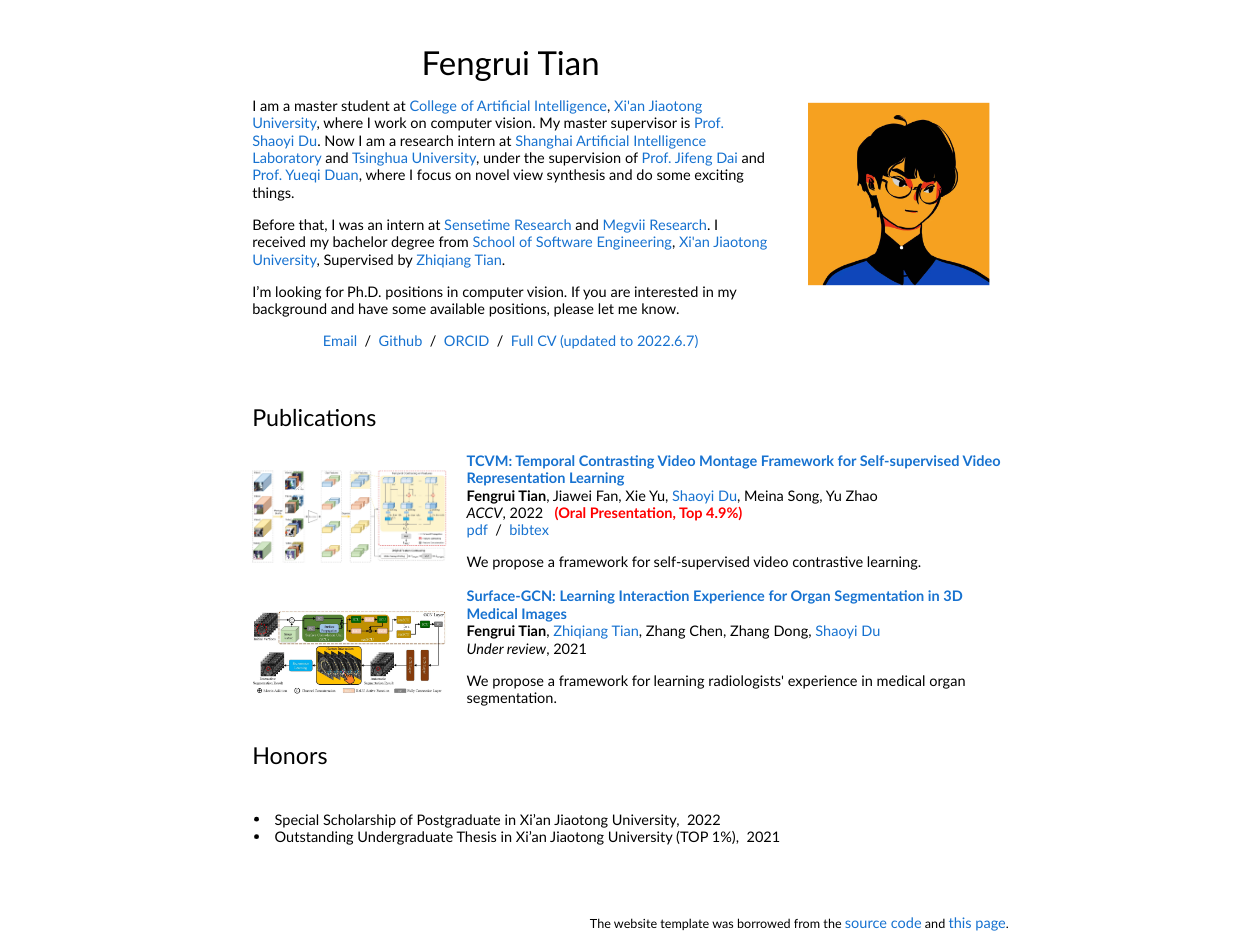
Repository: tianfr/tianfr.github.io
Page: index.html
An editor plug-in stored every save of this project. The page is shown before and after the next save, followed by the edit.
The browser window is 1280 px wide. The pictures show the whole page, at 97% of full size.

Above is the page before, as saved 2022-11-20 16:30:31.

### index.html
<!DOCTYPE HTML>
<html lang="en"><head><meta http-equiv="Content-Type" content="text/html; charset=UTF-8">

  <title>Fengrui Tian </title>

  <meta name="author" content="Fengrui Tian">
  <meta name="viewport" content="width=device-width, initial-scale=1">

  <link rel="stylesheet" type="text/css" href="stylesheet.css">
	<link rel="icon" href="data:[embedded picture, 141 characters]">
</head>

<body>
  <table style="width:100%;max-width:800px;border:0px;border-spacing:0px;border-collapse:separate;margin-right:auto;margin-left:auto;"><tbody>
    <tr style="padding:0px">
      <td style="padding:0px">
        <table style="width:100%;border:0px;border-spacing:0px;border-collapse:separate;margin-right:auto;margin-left:auto;"><tbody>
          <tr style="padding:0px">
            <td style="padding:2.5%;width:63%;vertical-align:middle">
              <p style="text-align:center">
                <name>
                  Fengrui Tian
                  <!-- <font face="KaiTi" size="6">田丰瑞</font> -->
                </name>
              </p>
              <p>I am a master student at <a href="http://iair.xjtu.edu.cn/">College of Artificial Intelligence</a>, <a href="http://www.xjtu.edu.cn/">Xi'an Jiaotong University</a>, where I work on computer vision. My master supervisor is <a href="https://gr.xjtu.edu.cn/en/web/dushaoyi/home">Prof. Shaoyi Du</a>. Now I am a research intern at <a href="https://www.shlab.org.cn/">Shanghai Artificial Intelligence Laboratory</a> and <a href="https://www.tsinghua.edu.cn/">Tsinghua University</a>, under the supervision of <a href="https://jifengdai.org/">Prof. Jifeng Dai</a> and  <a href="https://duanyueqi.github.io/">Prof. Yueqi Duan</a>, where I focus on novel view synthesis and do some exciting things.
              </p>
              <p> Before that, I was an intern at <a href="https://www.sensetime.com/">Sensetime Research</a> and
                <a href="https://www.megvii.com/">Megvii Research</a>. I received my bachelor degree from  <a href="https://blog.google/products/google-ar-vr/introducing-next-generation-jump/">School of Software Engineering</a>, <a href="http://www.xjtu.edu.cn/">Xi'an Jiaotong University</a>, Supervised by <a href="https://gr.xjtu.edu.cn/en/web/zhiqiangtian/home">Zhiqiang Tian</a>.
              </p>
              <p>  I’m looking for Ph.D. positions in computer vision. If you are interested in my background and have some available positions, please let me know.
              </p>
              <p style="text-align:center">
                <a href="mailto:tianfr@stu.xjtu.edu.cn">Email</a> &nbsp/&nbsp
                <!-- <a href="data/JonBarron-CV.pdf">CV</a> &nbsp/&nbsp -->
                <!-- <a href="data/JonBarron-bio.txt">Bio</a> &nbsp/&nbsp -->
                <!-- <a href="https://scholar.google.com/citations?hl=en&user=jktWnL8AAAAJ">Google Scholar</a> &nbsp/&nbsp -->
                <!-- <a href="https://twitter.com/jon_barron">Twitter</a> &nbsp/&nbsp -->
                <a href="https://github.com/tianfr/">Github</a> &nbsp/&nbsp
                <a href="https://orcid.org/0000-0002-9577-5276">ORCID</a> &nbsp/&nbsp
                <a href="data/PS_Tian_Fengrui_2022_6_7_en.pdf">Full CV (updated to 2022.6.7)</a>

              </p>
            </td>
            <td style="padding:2.5%;width:25%;max-width:25%">
              <a href="images/Fengrui_Tian_avatar.jpg"><img style="width:100%;max-width:100%" alt="profile photo" src="images/Fengrui_Tian_avatar.jpg" class="hoverZoomLink"></a>
            </td>
          </tr>
        <!-- </tbody></table>
        <table style="width:100%;border:0px;border-spacing:0px;border-collapse:separate;margin-right:auto;margin-left:auto;"><tbody>
            <tr>
            <td style="padding:20px;width:100%;vertical-align:middle">
              <heading>Research</heading>
              <p>
                I'm interested in computer vision, machine learning, optimization, and image processing. Much of my research is about inferring the physical world (shape, motion, color, light, etc) from images. Representative papers are <span class="highlight">highlighted</span>.
              </p>
            </td>
          </tr>
        </tbody></table> -->
        <table width="100%" align="center" border="0" cellspacing="0" cellpadding="20"><tbody>
          <tr>
            <td>
              <heading>Publications</heading>
            </td>
          </tr>
        </tbody></table>
        <table style="width:100%;border:0px;border-spacing:0px;border-collapse:separate;margin-right:auto;margin-left:auto;"><tbody>

          <tr onmouseout="dreamfusion_stop()" onmouseover="dreamfusion_start()">
            <td style="padding:20px;width:25%;vertical-align:middle">
              <img src="images/tcvm_overview.jpg" alt="prl" width="200" height="95">
            </td>
            <!-- <td style="padding:20px;width:25%;vertical-align:middle">
              <div class="one">
                <div class="two" id='dreamfusion_image'><video  width=100% height=100% muted autoplay loop>
                <source src="images/dreamfusion.mp4" type="video/mp4">
                Your browser does not support the video tag.
                </video></div>
                <img src='images/tcvm_overview.jpg' width="160">
              </div>
              <script type="text/javascript">
                function dreamfusion_start() {
                  document.getElementById('dreamfusion_image').style.opacity = "1";
                }

                function dreamfusion_stop() {
                  document.getElementById('dreamfusion_image').style.opacity = "0";
                }
                dreamfusion_stop()
              </script>
            </td> -->
            <!-- <td style="padding:20px;width:75%;vertical-align:middle"> -->
            <td width="75%" valign="middle">
              <a href="paper/22accv_tcvm.pdf">
                <papertitle>TCVM: Temporal Contrasting Video Montage Framework for Self-supervised Video Representation Learning</papertitle>
              </a>
              <br>
              <strong>Fengrui Tian</strong>,
              Jiawei Fan,
              Xie Yu,
              <a href="https://gr.xjtu.edu.cn/en/web/dushaoyi/home">Shaoyi Du</a>,
              Meina Song,
              Yu Zhao
              <br>
              <em>ACCV</em>, 2022 &nbsp <font color="red"><strong>(Oral Presentation, Top 4.9%)</strong></font>
              <br>
              <a href="paper/22accv_tcvm.pdf">pdf</a>  &nbsp/&nbsp
              <a href="data/accv22TCVM.bib">bibtex</a>
              <p></p>
              <p>
              We propose a framework for self-supervised video contrastive learning.
              </p>
            </td>
          </tr>


          <tr>
            <td style="padding:20px;width:25%;vertical-align:middle">
              <img src="images/surfacegcn.jpg" alt="prl" width="200" height="85">
            </td>
            <td width="75%" valign="middle">
              <a href="">
                <papertitle>Surface-GCN: Learning Interaction Experience for Organ Segmentation in 3D Medical Images</papertitle>
              </a>
              <br>
              <strong>Fengrui Tian</strong>,
              <a href="https://gr.xjtu.edu.cn/en/web/zhiqiangtian/home">Zhiqiang Tian</a>,
              Zhang Chen,
              Zhang Dong,
              <a href="https://gr.xjtu.edu.cn/en/web/dushaoyi/home">Shaoyi Du</a>
              <br>
              <em>Under review</em>, 2021
              <br>
              <!-- <a href="data/BarronPRL2009.bib">bibtex</a> -->
              <p>We propose a framework for learning radiologists' experience in medical organ segmentation.</p>
            </td>
          </tr>

        </tbody></table>


        <table width="100%" align="center" border="0" cellspacing="0" cellpadding="20"><tbody>
          <tr>
            <td>
              <heading>Honors</heading>
            </td>
          </tr>
        </tbody></table>
        <table width="100%" align="center" border="0" cellpadding="20"><tbody>
          <tr>
            <td style="padding:20px;width:100%;vertical-align:middle">
              <li>Special Scholarship of Postgraduate in Xi’an Jiaotong University,&nbsp; 2022 </li>
              <li>Outstanding Undergraduate Thesis in Xi’an Jiaotong University (TOP 1%),&nbsp; 2021 </li> <br>
          </td>

          </tr>


        </tbody></table>
        <table style="width:100%;border:0px;border-spacing:0px;border-collapse:separate;margin-right:auto;margin-left:auto;"><tbody>
          <tr>
            <td style="padding:0px">
              <br>
              <p style="text-align:right;font-size:small;">
                The website template was borrowed from the <a href="https://github.com/jonbarron/website">source code</a> and <a href="https://jonbarron.info/"> this page</a>.
              </p>
            </td>
          </tr>
        </tbody></table>
      </td>
    </tr>
  </table>
</body>

</html>

### stylesheet.css
/* latin-ext */
@font-face {
  font-family: 'Lato';
  font-style: italic;
  font-weight: 400;
  src: local('Lato Italic'), local('Lato-Italic'), url(https://fonts.gstatic.com/s/lato/v15/S6u8w4BMUTPHjxsAUi-qNiXg7eU0.woff2) format('woff2');
  unicode-range: U+0100-024F, U+0259, U+1E00-1EFF, U+2020, U+20A0-20AB, U+20AD-20CF, U+2113, U+2C60-2C7F, U+A720-A7FF;
}
/* latin */
@font-face {
  font-family: 'Lato';
  font-style: italic;
  font-weight: 400;
  src: local('Lato Italic'), local('Lato-Italic'), url(https://fonts.gstatic.com/s/lato/v15/S6u8w4BMUTPHjxsAXC-qNiXg7Q.woff2) format('woff2');
  unicode-range: U+0000-00FF, U+0131, U+0152-0153, U+02BB-02BC, U+02C6, U+02DA, U+02DC, U+2000-206F, U+2074, U+20AC, U+2122, U+2191, U+2193, U+2212, U+2215, U+FEFF, U+FFFD;
}
/* latin-ext */
@font-face {
  font-family: 'Lato';
  font-style: italic;
  font-weight: 700;
  src: local('Lato Bold Italic'), local('Lato-BoldItalic'), url(https://fonts.gstatic.com/s/lato/v15/S6u_w4BMUTPHjxsI5wq_FQftx9897sxZ.woff2) format('woff2');
  unicode-range: U+0100-024F, U+0259, U+1E00-1EFF, U+2020, U+20A0-20AB, U+20AD-20CF, U+2113, U+2C60-2C7F, U+A720-A7FF;
}
/* latin */
@font-face {
  font-family: 'Lato';
  font-style: italic;
  font-weight: 700;
  src: local('Lato Bold Italic'), local('Lato-BoldItalic'), url(https://fonts.gstatic.com/s/lato/v15/S6u_w4BMUTPHjxsI5wq_Gwftx9897g.woff2) format('woff2');
  unicode-range: U+0000-00FF, U+0131, U+0152-0153, U+02BB-02BC, U+02C6, U+02DA, U+02DC, U+2000-206F, U+2074, U+20AC, U+2122, U+2191, U+2193, U+2212, U+2215, U+FEFF, U+FFFD;
}
/* latin-ext */
@font-face {
  font-family: 'Lato';
  font-style: normal;
  font-weight: 400;
  src: local('Lato Regular'), local('Lato-Regular'), url(https://fonts.gstatic.com/s/lato/v15/S6uyw4BMUTPHjxAwXiWtFCfQ7A.woff2) format('woff2');
  unicode-range: U+0100-024F, U+0259, U+1E00-1EFF, U+2020, U+20A0-20AB, U+20AD-20CF, U+2113, U+2C60-2C7F, U+A720-A7FF;
}
/* latin */
@font-face {
  font-family: 'Lato';
  font-style: normal;
  font-weight: 400;
  src: local('Lato Regular'), local('Lato-Regular'), url(https://fonts.gstatic.com/s/lato/v15/S6uyw4BMUTPHjx4wXiWtFCc.woff2) format('woff2');
  unicode-range: U+0000-00FF, U+0131, U+0152-0153, U+02BB-02BC, U+02C6, U+02DA, U+02DC, U+2000-206F, U+2074, U+20AC, U+2122, U+2191, U+2193, U+2212, U+2215, U+FEFF, U+FFFD;
}
/* latin-ext */
@font-face {
  font-family: 'Lato';
  font-style: normal;
  font-weight: 700;
  src: local('Lato Bold'), local('Lato-Bold'), url(https://fonts.gstatic.com/s/lato/v15/S6u9w4BMUTPHh6UVSwaPGQ3q5d0N7w.woff2) format('woff2');
  unicode-range: U+0100-024F, U+0259, U+1E00-1EFF, U+2020, U+20A0-20AB, U+20AD-20CF, U+2113, U+2C60-2C7F, U+A720-A7FF;
}
/* latin */
@font-face {
  font-family: 'Lato';
  font-style: normal;
  font-weight: 700;
  src: local('Lato Bold'), local('Lato-Bold'), url(https://fonts.gstatic.com/s/lato/v15/S6u9w4BMUTPHh6UVSwiPGQ3q5d0.woff2) format('woff2');
  unicode-range: U+0000-00FF, U+0131, U+0152-0153, U+02BB-02BC, U+02C6, U+02DA, U+02DC, U+2000-206F, U+2074, U+20AC, U+2122, U+2191, U+2193, U+2212, U+2215, U+FEFF, U+FFFD;
}

a {
  color: #1772d0;
  text-decoration: none;
}

a:focus,
a:hover {
  color: #f09228;
  text-decoration: none;
}

body,
td,
th,
tr,
p,
a {
  font-family: 'Lato', Verdana, Helvetica, sans-serif;
  font-size: 15px
}

strong {
  font-family: 'Lato', Verdana, Helvetica, sans-serif;
  font-size: 15px;
}

heading {
  font-family: 'Lato', Verdana, Helvetica, sans-serif;
  font-size: 24px;
}

papertitle {
  font-family: 'Lato', Verdana, Helvetica, sans-serif;
  font-size: 15px;
  font-weight: 700
}

name {
  font-family: 'Lato', Verdana, Helvetica, sans-serif;
  font-size: 34px;
}

.one {
  width: 160px;
  height: 160px;
  position: relative;
}

.two {
  width: 160px;
  height: 160px;
  position: absolute;
  transition: opacity .2s ease-in-out;
  -moz-transition: opacity .2s ease-in-out;
  -webkit-transition: opacity .2s ease-in-out;
}

.fade {
  transition: opacity .2s ease-in-out;
  -moz-transition: opacity .2s ease-in-out;
  -webkit-transition: opacity .2s ease-in-out;
}

span.highlight {
  background-color: #ffffd0;
}

After the next save:
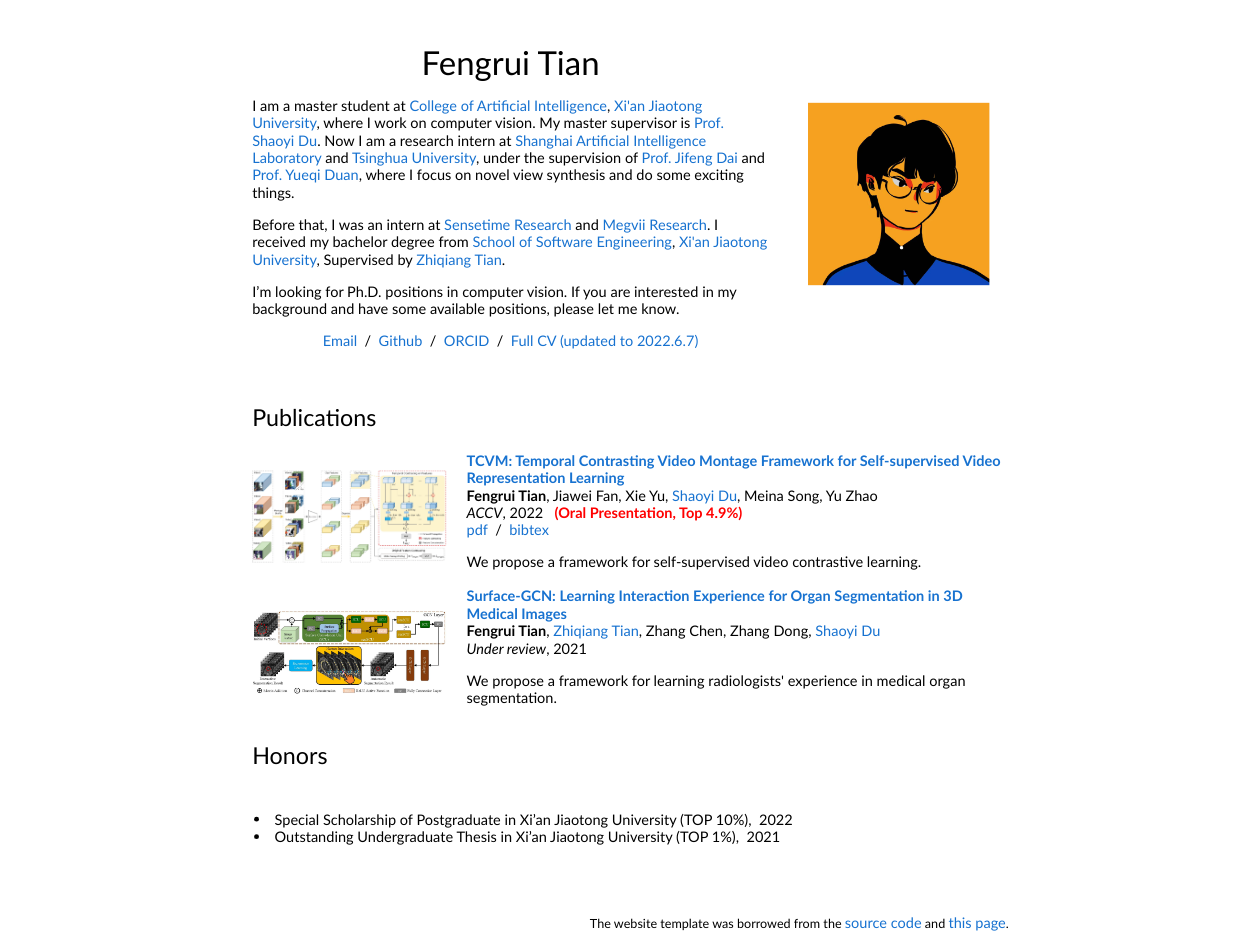
Saved 16 min 10 s later.
--- a/index.html
+++ b/index.html
@@ -149,7 +149,7 @@
         <table width="100%" align="center" border="0" cellpadding="20"><tbody>
           <tr>
             <td style="padding:20px;width:100%;vertical-align:middle">
-              <li>Special Scholarship of Postgraduate in Xi’an Jiaotong University,&nbsp; 2022 </li>
+              <li>Special Scholarship of Postgraduate in Xi’an Jiaotong University (TOP 10%),&nbsp; 2022 </li>
               <li>Outstanding Undergraduate Thesis in Xi’an Jiaotong University (TOP 1%),&nbsp; 2021 </li> <br>
           </td>
 
